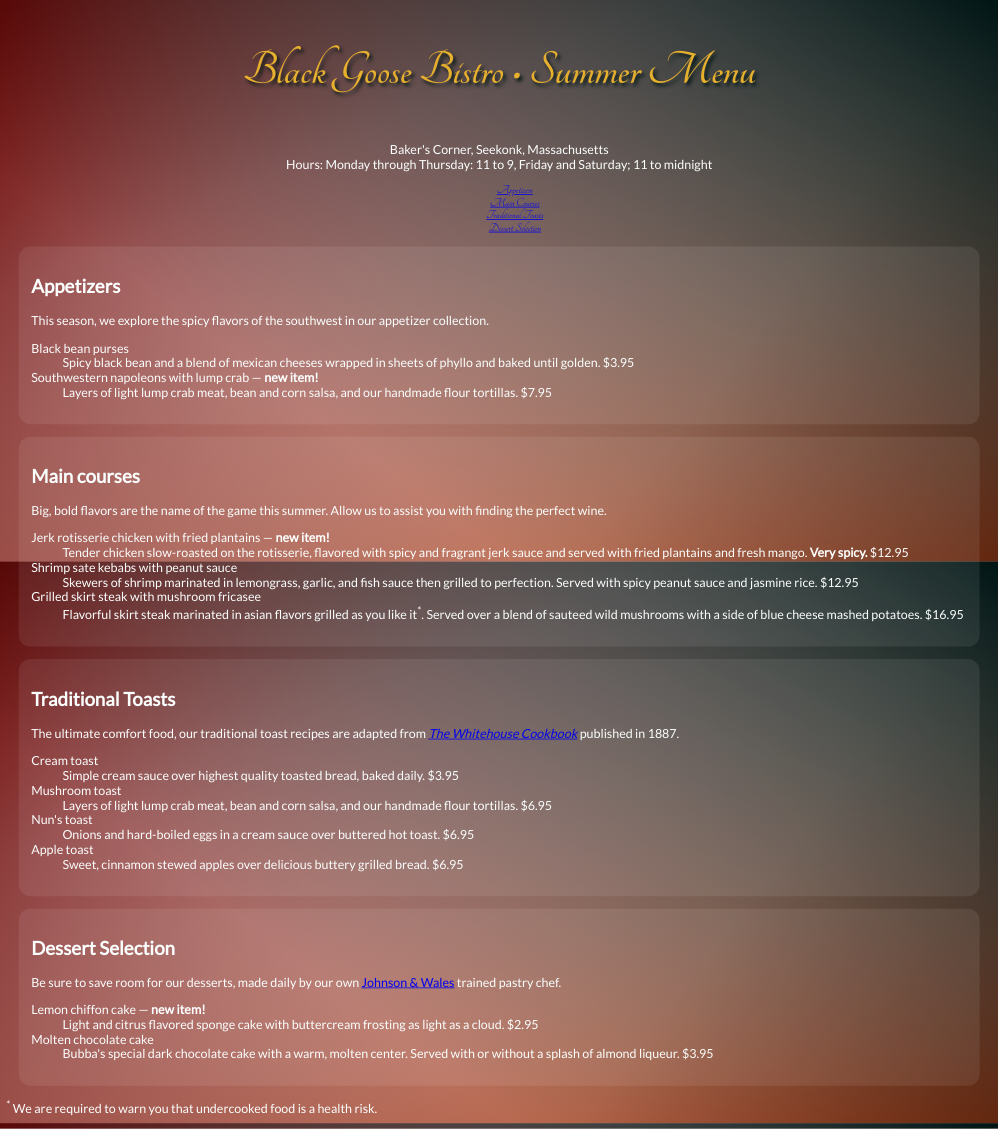
Repository: Colo-Codes/code-practice
Page: 02-css-practice-4.html
An editor plug-in stored every save of this project. The page is shown before and after the next save, followed by the edit.
The browser window is 1280 px wide. The pictures show the whole page, at 78% of full size.
Backgrounds fixed to the window are drawn as part of the page. Some web fonts or font styles are not loaded; a fallback is used.

Above is the page before, as saved 2021-05-07 09:38:18.

### 02-css-practice-4.html
<!DOCTYPE html>
<html>

<head>
    <meta charset="utf-8">
    <title>Black Goose Bistro Summer Menu</title>
    <link href='http://fonts.googleapis.com/css?family=Marko+One' rel='stylesheet' type='text/css'>
    <link rel="preconnect" href="https://fonts.gstatic.com">
    <link href="https://fonts.googleapis.com/css2?family=Lato&display=swap" rel="stylesheet">
    <style>
        /* Colour palette:
            Dark Jungle Green:  #001514 rgb(0, 21, 20)
            White:              #FBFFFE rgb(251, 255, 254)
            Blood Red:          #6B0504 rgb(107, 5, 4)
            Chinese Red:        #A3320B rgb(163, 50, 11)
            Goldenrod:          #E6AF2E rgb(230, 175, 46)
        */
        @font-face {
            font-family: Tangerine;
            src: url(./assets/fonts/Tangerine/Tangerine-Regular.ttf);
        }
        @font-face {
            font-family: Tangerine;
            src: url(./assets/fonts/Tangerine/Tangerine-Bold.ttf);
            font-weight: bold;
        }
        body {
            background:
                fixed linear-gradient(217deg, rgba(0, 21, 20), rgba(255,255,255,0) 70.71%),
                fixed linear-gradient(127deg, rgba(107, 5, 4), rgba(0,255,0,0) 70.71%),
                fixed linear-gradient(336deg, rgba(163, 50, 11), rgba(0,0,255,0) 70.71%);
            color: rgba(251, 255, 254);
            font-family: 'Lato', sans-serif;
        }
        header > h1 {
            /* Sexy Vulcan With Smooth Happy Feet: Style Variant Weight Size lHeight Family */
            font: bold 4em/1.5 Tangerine, "Times New Roman", serif;
            text-align: center;
            color: rgb(230, 175, 46);
            text-shadow: .05em .05em 5px rgba(0,21,20,1) ;
        }
        section {
            background-color: rgba(251, 255, 254, .08);
            padding: 1em;
            margin: 1em;
            border-radius: 15px;
        }
        header div p {
            text-align: center;
        }
        li {
            text-align: center;
            text-decoration: none;
            list-style-type: none;
            font-family: Tangerine, "Times New Roman", serif;
        }
    </style>
</head>

<body>

    <header>
        <h1>Black Goose Bistro &bull; Summer Menu</h1>

        <div id="info">
            <p>Baker's Corner, Seekonk, Massachusetts<br>
                <span class="label">Hours: Monday through Thursday:</span> 11 to 9, <span class="label">Friday and
                    Saturday;</span> 11 to midnight
            </p>
            <ul>
                <li><a href="#appetizers">Appetizers</a></li>
                <li><a href="#entrees">Main Courses</a></li>
                <li><a href="#toast">Traditional Toasts</a></li>
                <li><a href="#dessert">Dessert Selection</a></li>
            </ul>
        </div>
    </header>

    <section id="appetizers">
        <h2>Appetizers</h2>
        <p>This season, we explore the spicy flavors of the southwest in our appetizer collection.</p>

        <dl>
            <dt>Black bean purses</dt>
            <dd>Spicy black bean and a blend of mexican cheeses wrapped in sheets of phyllo and baked until golden.
                <span class="price">$3.95</span></dd>

            <dt class="newitem">Southwestern napoleons with lump crab &mdash; <strong>new item!</strong></dt>
            <dd>Layers of light lump crab meat, bean and corn salsa, and our handmade flour tortillas. <span
                    class="price">$7.95</span></dd>
        </dl>
    </section>

    <section id="entrees">

        <h2>Main courses</h2>
        <p>Big, bold flavors are the name of the game this summer. Allow us to assist you with finding the perfect wine.
        </p>


        <dl>

            <dt class="newitem">Jerk rotisserie chicken with fried plantains &mdash; <strong>new item!</strong></dt>
            <dd>Tender chicken slow-roasted on the rotisserie, flavored with spicy and fragrant jerk sauce and served
                with fried plantains and fresh mango. <strong>Very spicy.</strong> <span class="price">$12.95</span>
            </dd>

            <dt>Shrimp sate kebabs with peanut sauce</dt>
            <dd>Skewers of shrimp marinated in lemongrass, garlic, and fish sauce then grilled to perfection. Served
                with spicy peanut sauce and jasmine rice. <span class="price">$12.95</span></dd>

            <dt>Grilled skirt steak with mushroom fricasee</dt>
            <dd>Flavorful skirt steak marinated in asian flavors grilled as you like it<sup>*</sup>. Served over a blend
                of sauteed wild mushrooms with a side of blue cheese mashed potatoes. <span class="price">$16.95</span>
            </dd>
        </dl>

    </section>

    <section id="toast">
        <h2>Traditional Toasts</h2>
        <p>The ultimate comfort food, our traditional toast recipes are adapted from <a
                href="http://www.gutenberg.org/files/13923/13923-h/13923-h.htm"><cite>The Whitehouse Cookbook</cite></a>
            published in 1887.</p>

        <dl>
            <dt>Cream toast</dt>
            <dd>Simple cream sauce over highest quality toasted bread, baked daily. <span class="price">$3.95</span>
            </dd>

            <dt>Mushroom toast</dt>
            <dd>Layers of light lump crab meat, bean and corn salsa, and our handmade flour tortillas. <span
                    class="price">$6.95</span></dd>

            <dt>Nun's toast</dt>
            <dd>Onions and hard-boiled eggs in a cream sauce over buttered hot toast. <span class="price">$6.95</span>
            </dd>

            <dt>Apple toast</dt>
            <dd>Sweet, cinnamon stewed apples over delicious buttery grilled bread. <span class="price">$6.95</span>
            </dd>
        </dl>
    </section>

    <section id="dessert">
        <h2>Dessert Selection</h2>
        <p>Be sure to save room for our desserts, made daily by our own <a
                href="http://www.jwu.edu/college.aspx?id=19510">Johnson & Wales</a> trained pastry chef.</p>

        <dl>
            <dt class="newitem">Lemon chiffon cake &mdash; <strong>new item!</strong></dt>
            <dd>Light and citrus flavored sponge cake with buttercream frosting as light as a cloud. <span
                    class="price">$2.95</span></dd>

            <dt class="newitem">Molten chocolate cake</dt>
            <dd>Bubba's special dark chocolate cake with a warm, molten center. Served with or without a splash of
                almond liqueur. <span class="price">$3.95</span></dd>
        </dl>
    </section>

    <footer>
        <p class="warning"><sup>*</sup> We are required to warn you that undercooked food is a health risk.</p>
    </footer>

</body>

</html>

After the next save:
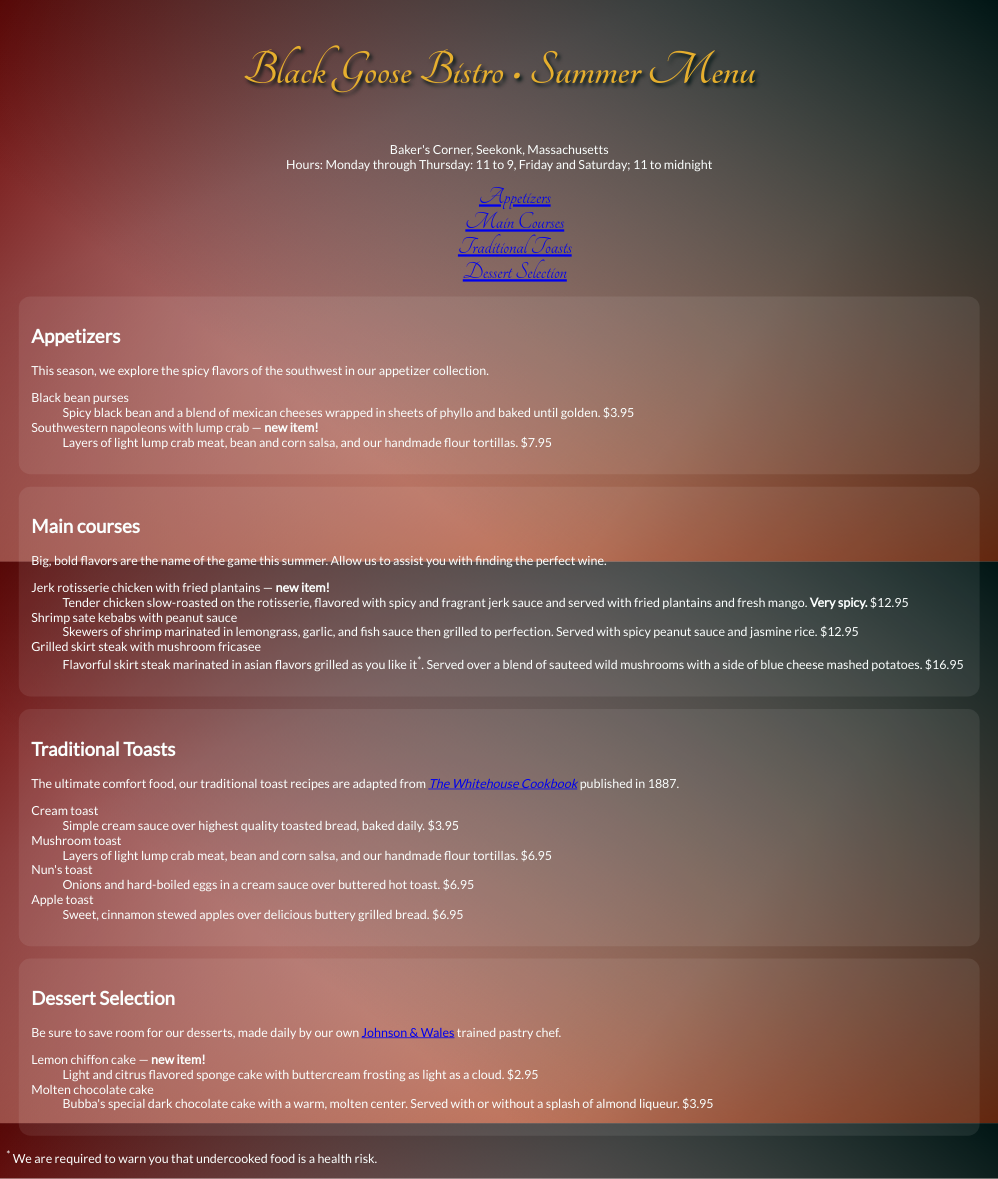
Saved 15 s later.
--- a/02-css-practice-4.html
+++ b/02-css-practice-4.html
@@ -52,7 +52,8 @@
             text-align: center;
             text-decoration: none;
             list-style-type: none;
-            font-family: Tangerine, "Times New Roman", serif;
+            font: 2em Tangerine, "Times New Roman", serif;
+
         }
     </style>
 </head>
